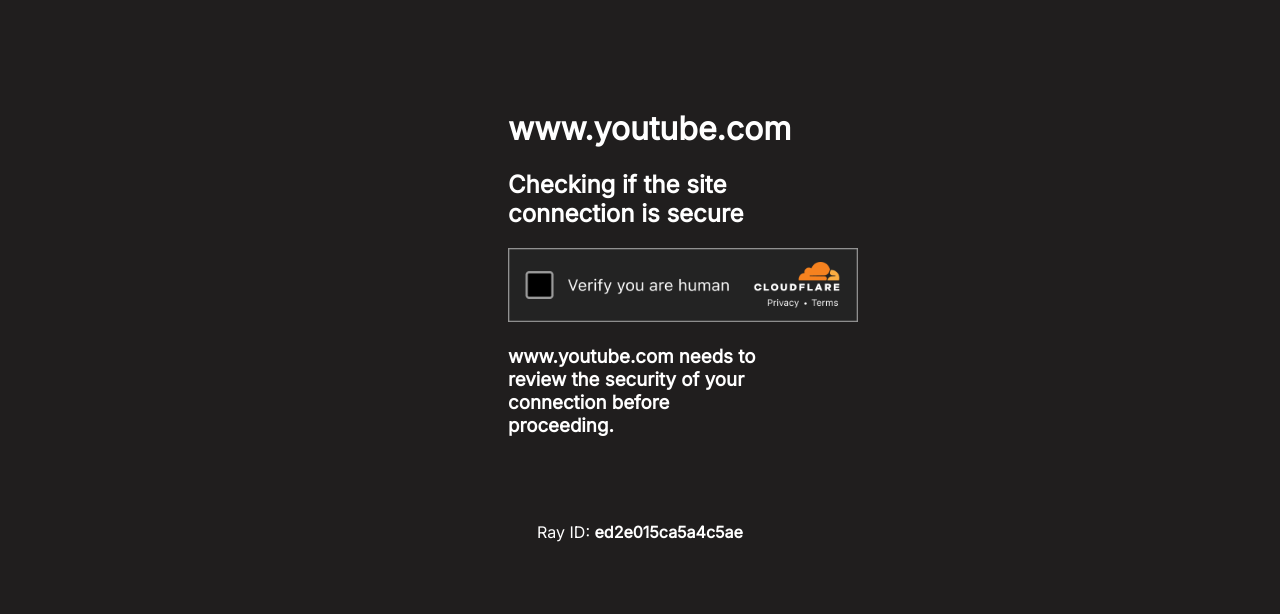
Repository: estech321/CAPTCHA-RickRoll
Page: index.html
These files come from the project's save history. The page is drawn as it stood at one moment and after the next save; the edit follows.
The browser window is 1280 px wide. The pictures show the whole page.

Above is the page before, as saved 2023-12-29 23:45:56.

### index.html
<!DOCTYPE html>
<html>
<head>
    <meta charset="UTF-8" />
    <title>Just a moment...</title>
    <link rel="preconnect" href="https://fonts.googleapis.com">
    <link rel="preconnect" href="https://fonts.gstatic.com" crossorigin>
    <link href="https://fonts.googleapis.com/css2?family=Inter&display=swap" rel="stylesheet">
    <style>
        body {
            font-family: 'Inter', sans-serif;
            color: rgb(255, 255, 255);
            background-color: #201E1E;
        }
        main {
            padding-top: 80px;
            padding-right: 500px;
            padding-bottom: 50px;
            padding-left: 500px;
        }
    </style>
</head>
<body>
    <main>
        <h1>www.youtube.com</h1>
        <h2>Checking if the site connection is secure</h2>
        <a href="https://bit.ly/rryt"><img src="verify.png" width="350" height="auto"/></a>
        <h3>www.youtube.com needs to review the security of your connection before proceeding.</h3>
    </main>
    <footer>
        <center>
            <p>Ray ID: <strong>ed2e015ca5a4c5ae</strong></p>
        </center>
    </footer>
</body>
</html>

After the next save:
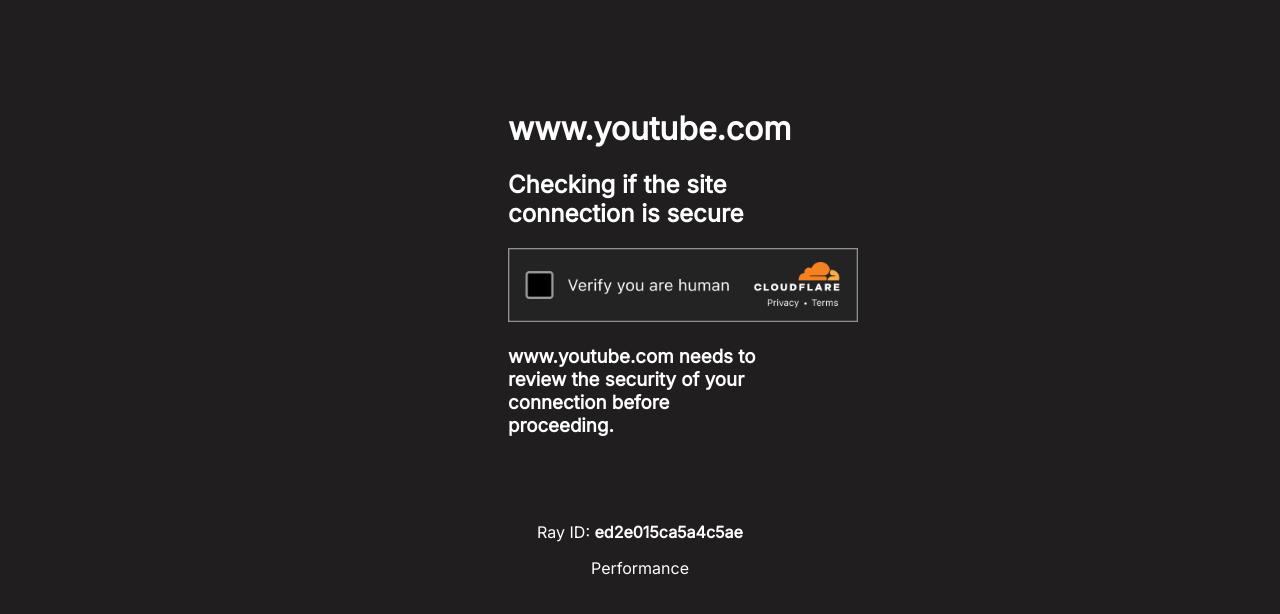
Saved 34 s later.
--- a/index.html
+++ b/index.html
@@ -30,6 +30,7 @@
     <footer>
         <center>
             <p>Ray ID: <strong>ed2e015ca5a4c5ae</strong></p>
+            <p>Performance </p>
         </center>
     </footer>
 </body>
